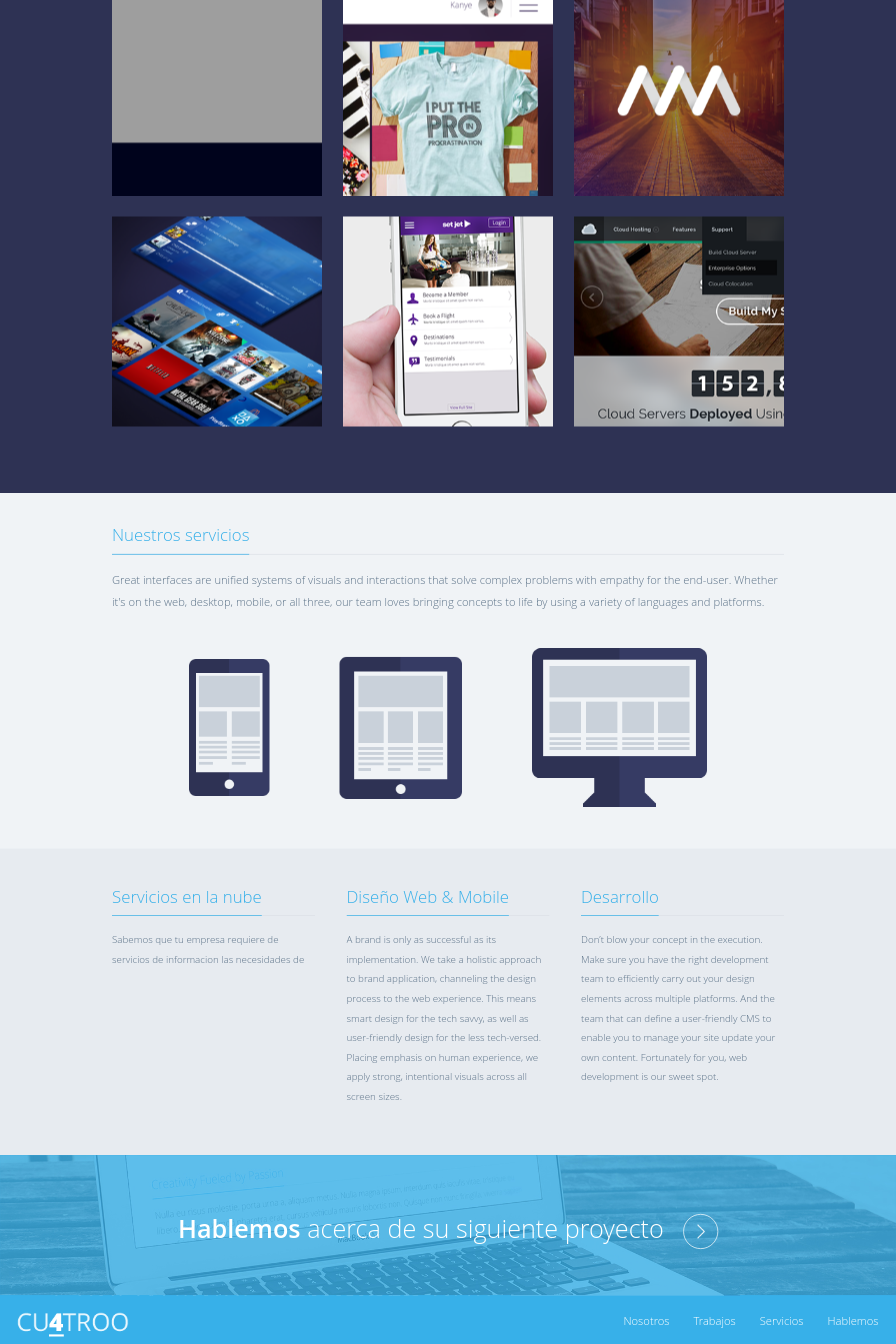
Repository: cuatroo/website
Page: index.html
The author's editor kept a record of every edit. The page is drawn from the files as they stood at one moment, then again after the next edit.
The browser window is 1280 px wide. The pictures show the part of the page from y = 1386 to 3306 px (the page is 3306 px tall before and 3274 px after), at 70% of full size.
Pictures or frames that could not be fetched are drawn as grey boxes. Some web libraries are served in a nearby version.

Above is the page before.
Console error (its wording comes from the project's code and is left out).

After the next edit:
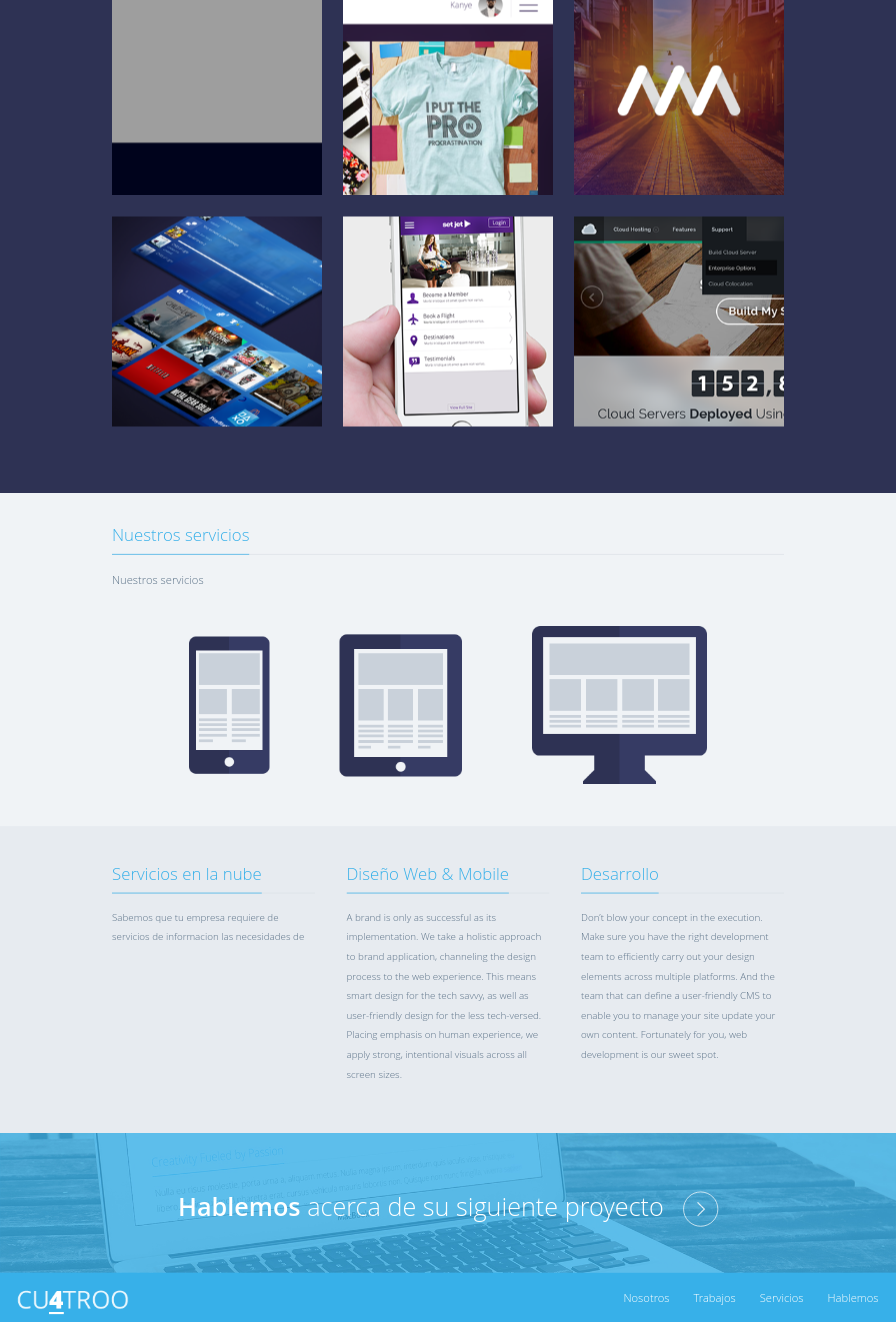
The edit:
--- a/index.html
+++ b/index.html
@@ -232,7 +232,7 @@
 		        			<header>
 		        				<h3>Nuestros servicios</h3>
 		        			</header>
-		        			<p>Great interfaces are unified systems of visuals and interactions that solve complex problems with empathy for the end-user. Whether it's on the web, desktop, mobile, or all three, our team loves bringing concepts to life by using a variety of languages and platforms.</p>
+		        			<p>Nuestros servicios</p>
 							<div class="responsiveDesign animate">
 								<div class="image"></div>
 							</div>
